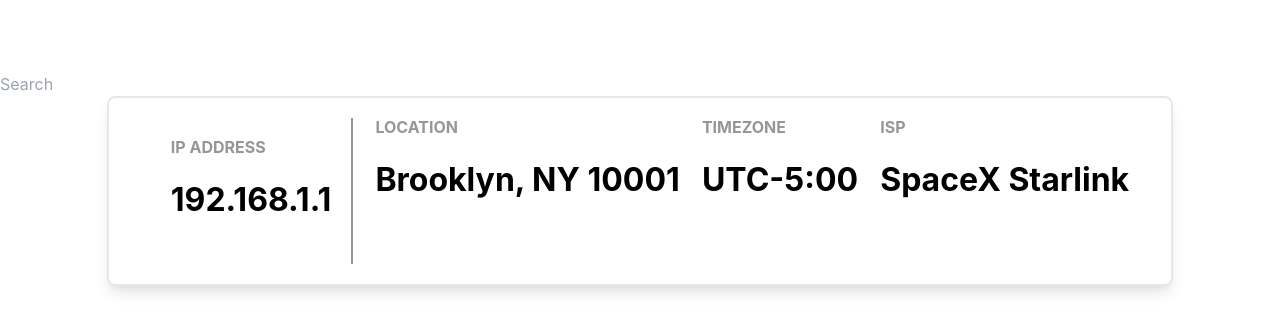
Repository: Dealsy/IP-Tracker
Page: /
An editor plug-in stored every save of this project. The page is shown before and after the next save, followed by the edit.
The browser window is 1280 px wide. The pictures show the whole page.
The project was rebuilt for these pictures with package versions that can differ from the ones it lists, and the page was loaded fresh each time. The framework's server and built-in components were replaced by stand-ins that run in the browser. Also part of the build but not shown: next.config.js, styles/Home.module.css.

Above is the page before, as saved 2022-04-21 21:29:20.

### pages/index.js
import Head from "next/head";
import Image from "next/image";
import styles from "../styles/Home.module.css";

export default function Home() {
  return (
    <div>
      <Head>
        <title>Create Next App</title>
        <meta name="description" content="Generated by create next app" />
        <link rel="icon" href="/favicon.ico" />
      </Head>

      <main>
        <h1 className="text-white">IP Address Tracker</h1>
        <input type="search" placeholder="Search" />
        <div className="flex flex-row justify-evenly border-2 shadow-lg w-5/6 m-auto rounded-lg p-5">
          <div className=" border-r-2 border-Gray p-5 ">
            <h3>IP ADDRESS</h3>
            <h2> 192.168.1.1 </h2>
          </div>
          <div>
            <h3> LOCATION </h3>
            <h2> Brooklyn, NY 10001 </h2>
          </div>
          <div>
            <h3>TIMEZONE</h3>
            <h2> UTC-5:00 </h2>
          </div>
          <div>
            <h3>ISP</h3>
            <h2>SpaceX Starlink</h2>
          </div>
        </div>
      </main>

      <footer></footer>
    </div>
  );
}

### styles/globals.css
@tailwind base;
@tailwind components;
@tailwind utilities;


h1 {
  font-size: 2.5rem;
  font-weight: 700;
  line-height: 1.2;
  margin-bottom: 1.5rem;
}

h2 {
  font-size: 2rem;
  font-weight: 700;
  line-height: 1.2;
  margin-bottom: 1.5rem;
}

h3 {
  font-size: 1rem;
  font-weight: 700;
  line-height: 1.2;
  margin-bottom: 1.5rem;
  color: #969696;
}


html,
body {
  padding: 0;
  margin: 0;
  font-family: -apple-system, BlinkMacSystemFont, Segoe UI, Roboto, Oxygen,
    Ubuntu, Cantarell, Fira Sans, Droid Sans, Helvetica Neue, sans-serif;
}

a {
  color: inherit;
  text-decoration: none;
}

* {
  box-sizing: border-box;
}

### tailwind.config.js
module.exports = {
  content: [
    "./pages/**/*.{js,ts,jsx,tsx}",
    "./components/**/*.{js,ts,jsx,tsx}",
  ],
  theme: {
    extend: {
      colors: {
        "Dark-Gray": "#2b2b2b",
        Gray: "#969696",
      },
    },
  },
  plugins: [],
};

Loaded but not shown: pages/_app.js (common file)

After the next save:
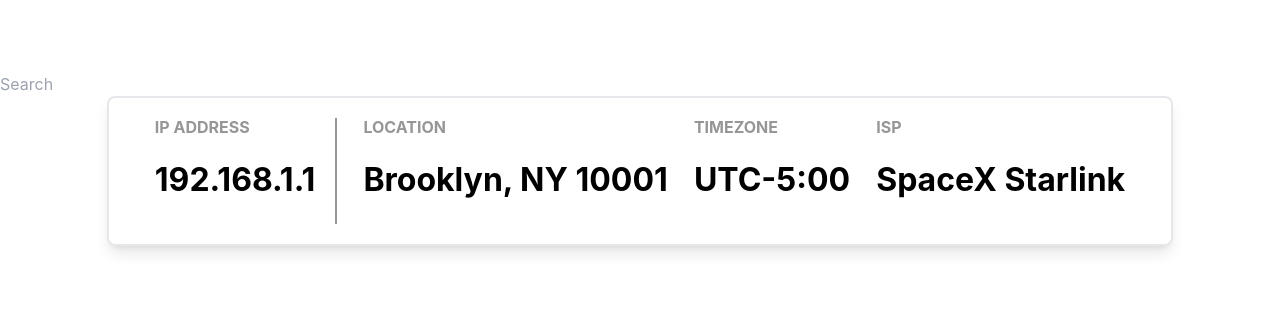
Saved 4 s later.
--- a/pages/index.js
+++ b/pages/index.js
@@ -15,7 +15,7 @@
         <h1 className="text-white">IP Address Tracker</h1>
         <input type="search" placeholder="Search" />
         <div className="flex flex-row justify-evenly border-2 shadow-lg w-5/6 m-auto rounded-lg p-5">
-          <div className=" border-r-2 border-Gray p-5 ">
+          <div className=" border-r-2 border-Gray pr-5 ">
             <h3>IP ADDRESS</h3>
             <h2> 192.168.1.1 </h2>
           </div>
